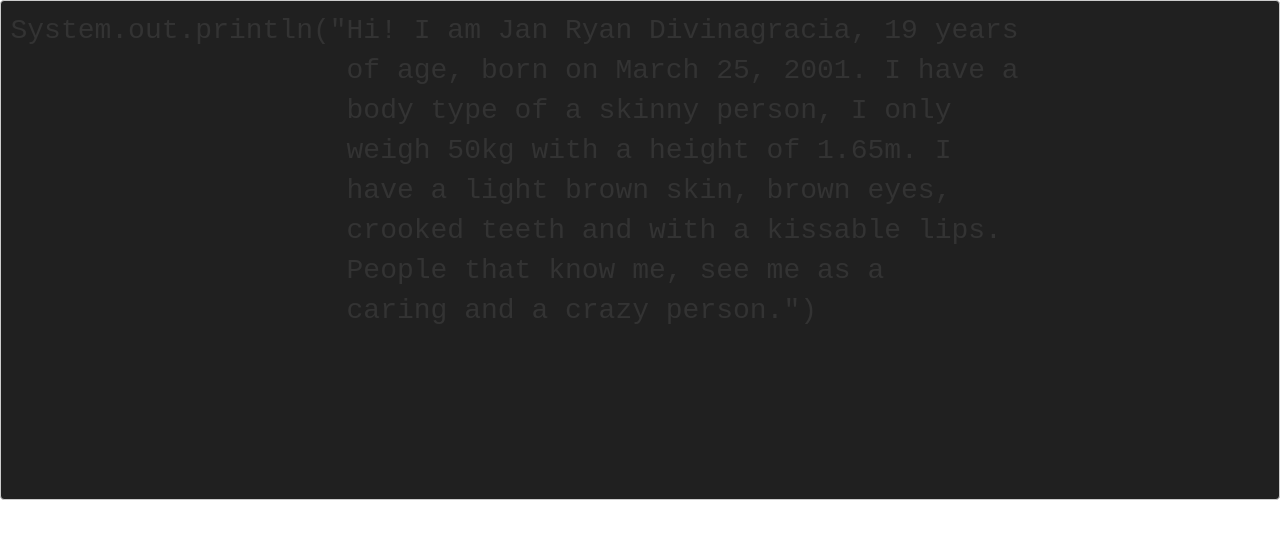
Repository: janry-gracia/Divinagracia_FinalProject
Page: Pages/storyofmylife.html
An editor plug-in stored every save of this project. The page is shown before and after the next save, followed by the edit.
The browser window is 1280 px wide. The pictures show the whole page.

Above is the page before, as saved 2021-05-17 23:02:03.
Console error: TypeError: Cannot read properties of null (reading 'addEventListener')

### Pages/storyofmylife.html
<!DOCTYPE html>
<html lang="en">
<head>
    <meta charset="UTF-8">
    <meta http-equiv="X-UA-Compatible" content="IE=edge">
    <meta name="viewport" content="width=device-width, initial-scale=1.0">
    <title>Story of My Life</title>
    <link rel="stylesheet" href="/css/bootstrap.css">
    <link rel="stylesheet" href="/css/storyofmylife.css">
</head>
<body>

    <div class="container-fluid ">

        <div class="container-fluid ">
            <pre class="message">System.out.println("Hi! I am Jan Ryan Divinagracia, 19 years
                    of age, born on March 25, 2001. I have a
                    body type of a skinny person, I only
                    weigh 50kg with a height of 1.65m. I
                    have a light brown skin, brown eyes,
                    crooked teeth and with a kissable lips.
                    People that know me, see me as a
                    caring and a crazy person.")</pre>
</div>


    </div>


    <script src ="/js/jquery-3.6.0.min.js"></script>
    <script src="/js/bootstrap.js"></script>
    <script src="/js/script.js"></script>

</body>
</html>

### css/storyofmylife.css
@import url('https://fonts.googleapis.com/css2?family=Fira+Code:wght@300;400;500&display=swap');

*{
    padding: 0;
    margin: 0;
    box-sizing: border-box;
}

html, body{
    height: 100%;
    width: 100%;
    overflow: hidden;

}

.container-fluid{
    padding: 0;
    margin: 0;
    box-sizing: border-box;
}

.message{
    height: 500px;
    background-color: rgb(32, 32, 32);
    font-family: 'Fire Code', monospace;
    font-size: 2em;
}

### js/script.js
let btn1= document.querySelector(".box1");
let btn2 = document.querySelector(".box2");
let text = document.querySelector(".greeting");
let frontpage = document.querySelector(".frontpage");
let secondpage = document.querySelector(".secondpage");
let button = document.querySelector(".button");
let logo = document.querySelector(".logo");



btn1.addEventListener("click", function() {
    btn1.classList.add("box1transition");
    btn1.style.transition = "transform 3s";
    btn2.classList.add("box2transition");
    btn2.style.transition = "transform 3s";
    text.style.animationName = "hidecontent";

    setTimeout(function () {
        window.open('Pages/backpage.html', '_self');
    }, 2500);

});


btn2.addEventListener("click", function() {
    btn1.classList.add("box1transition");
    btn1.style.transition = "transform 3s";
    btn2.classList.add("box2transition");
    btn2.style.transition = "transform 3s";
    text.style.animationName = "hidecontent";
    setTimeout(function () {
        window.open('Pages/backpage.html', '_self');
    }, 2500);

});


text.addEventListener("click", function() {
    btn1.classList.add("box1transition");
    btn1.style.transition = "transform 3s";
    btn2.classList.add("box2transition");
    btn2.style.transition = "transform 3s";
    text.style.animationName = "hidecontent";
    setTimeout(function () {
        window.open('Pages/backpage.html', '_self');
    }, 2500);

});

Loaded but not shown: css/bootstrap.css (library); js/jquery-3.6.0.min.js (library); js/bootstrap.js (library)

After the next save:
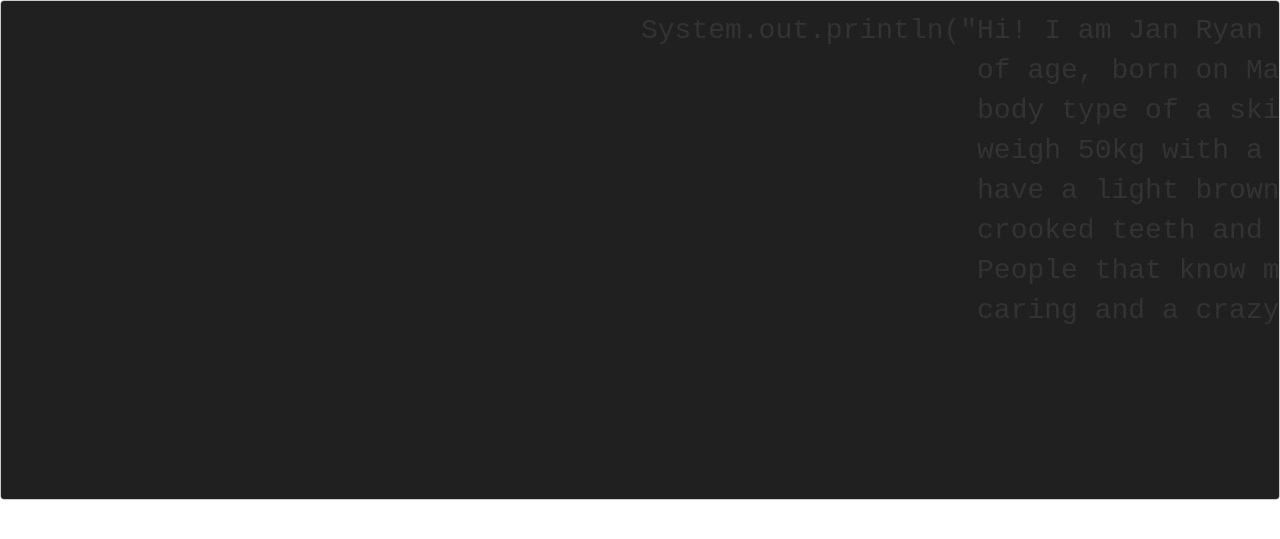
Saved 51 s later.
--- a/css/storyofmylife.css
+++ b/css/storyofmylife.css
@@ -20,6 +20,7 @@ html, body{
 }
 
 .message{
+    padding-left: 50%;
     height: 500px;
     background-color: rgb(32, 32, 32);
     font-family: 'Fire Code', monospace;
